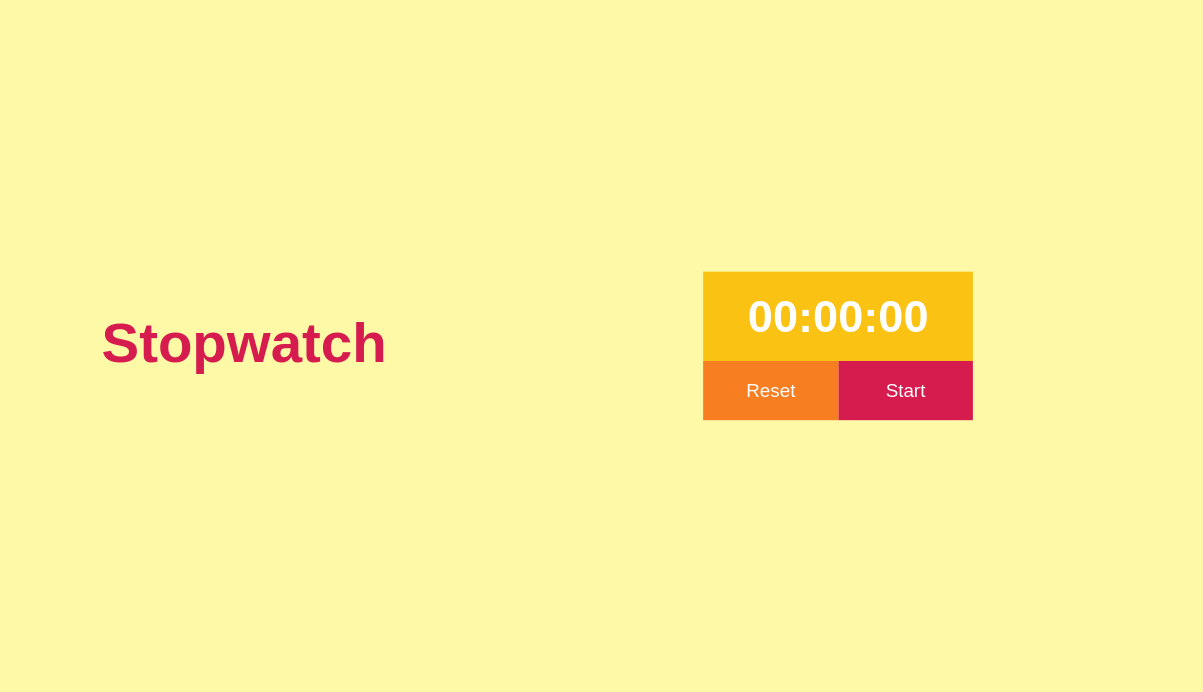
Repository: pilar122/stopwatch
Page: index.html
An editor plug-in stored every save of this project. The page is shown before and after the next save, followed by the edit.
The browser window is 1280 px wide. The pictures show the whole page, at 94% of full size.

Above is the page before, as saved 2022-06-19 13:09:14.

After the next save:
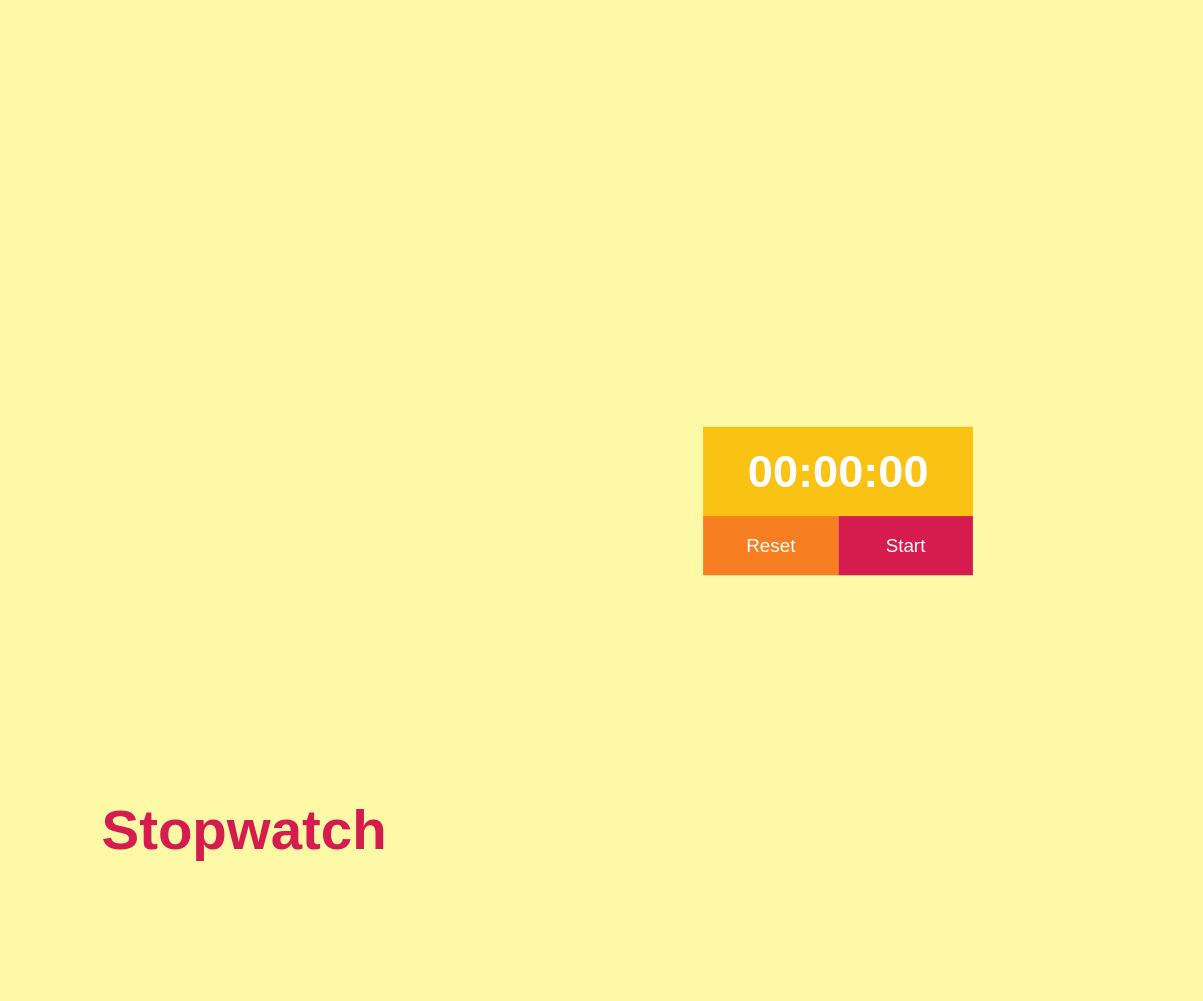
Saved 8 s later.
--- a/stopwatch.css
+++ b/stopwatch.css
@@ -56,7 +56,7 @@
     text-align: center;
     color: #D61C4E;
     font-size: 30px;
-    margin-top: -7px;
+    margin-top: 700px;
   }
 
   /* HEADER */
